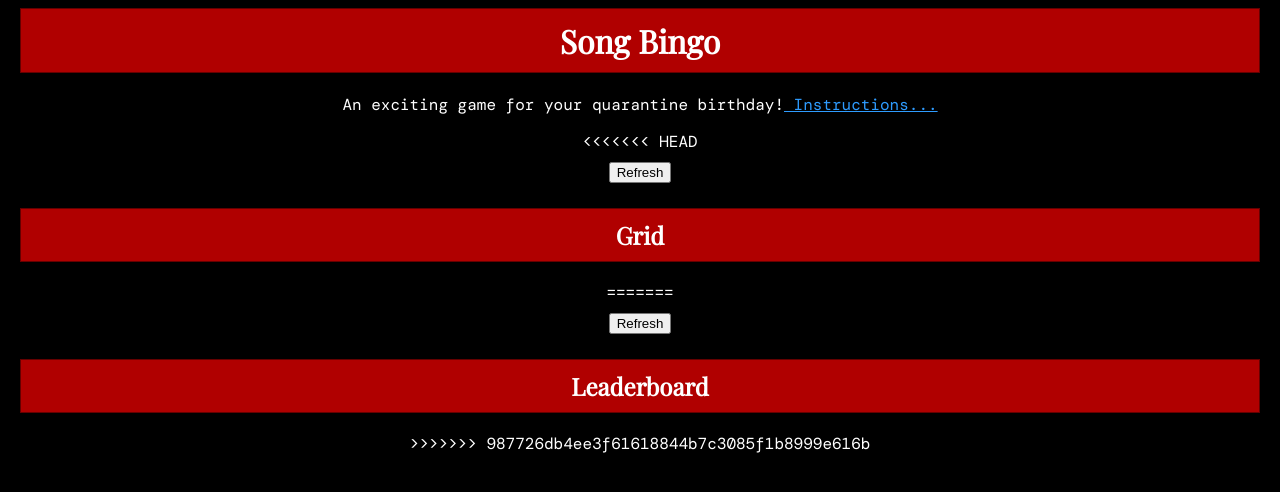
Repository: salsal97/birthday-bingo
Page: bingo.html
These files come from the project's save history. The page is drawn as it stood at one moment and after the next save; the edit follows.
The browser window is 1280 px wide. The pictures show the whole page.

Above is the page before, as saved 2020-05-23 20:43:05.

After the next save:
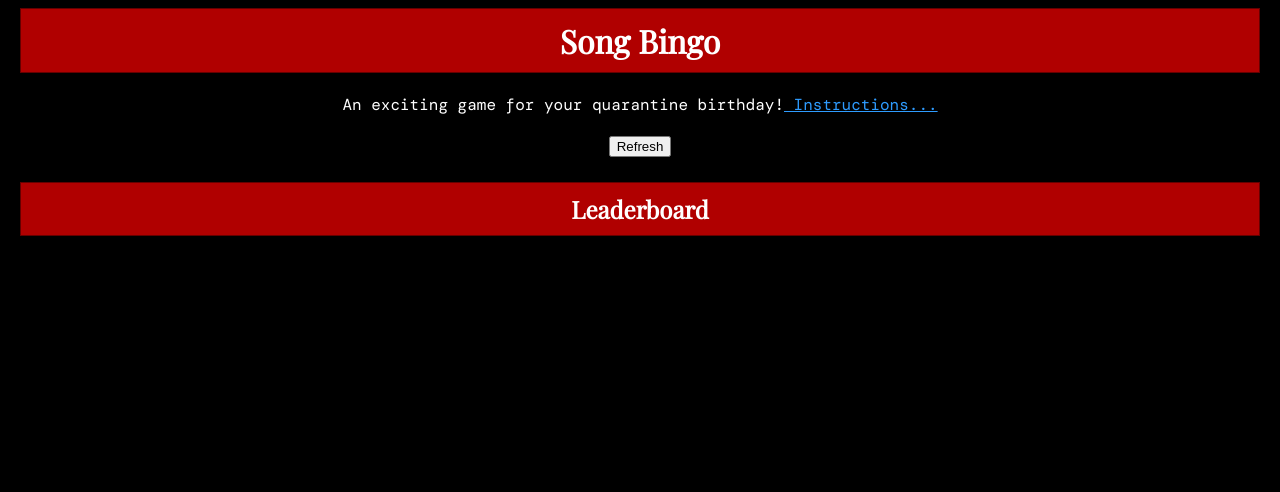
Saved 80 s later.
--- a/bingo.html
+++ b/bingo.html
@@ -99,7 +99,7 @@ Previous Author: Werner Stoop, 2012
 
                     // append object html
                     // html += '<td id="cell_' + x + '_' + y + '" ><label><input id="chk-cell_' + x + '_' + y + '" type="button" onclick="cellClicked(\'cell_' + x + '_' + y + "')\">" + obj.song + " - " + obj.artist + "<br>" + obj.quote + "</label></td>";
-					html += '<td>'+obj.song+ " - " + obj.artist + "<br>" + obj.quote +"<br>"+'<button class="listenBtn">Listen to Song!</button>'+'<button class="guessBtn">Guess!</button>'+'</td>';
+					html += '<td>'+obj.song+ " - " + obj.artist + "<br>" + obj.quote +"<br>"+'<button class="listenBtn">Listen to Song!</button>'+"<br>"+'<button class="guessBtn">Guess!</button>'+'</td>';
                 }
                 html += "</tr>"
             }
@@ -218,27 +218,6 @@ You do not have JavaScript enabled. JavaScript must be enabled for this applicat
 </div>
 </noscript>
 
-<<<<<<< HEAD
-<div id="instructions">
-<h2>Instructions</h2>
-<ol>
-	<noscript><li>Enable JavaScript</li></noscript>
-	<li>Click <strong>Refresh</strong> to create your Bingo board.</li>
-	<li>In the boxes you see the name of a song, its artist, and a quote from the song that someone chose for you </li>
-	<li>Click on the button in the box to guess who chose this song!  </li>
-	<li>If your guess is right, the box will change color and display the name of the person (:  </li>
-	<li>If your guess is wrong, the box will show you your incorrect guess to help you narrow your search  </li>
-	<li>HINT: The main page of this website should be populated with the people who participated! I restricted this to first names to make it easy  </li>
-</ol>
-</div>
-<form>
-<input type="button" value="Refresh" onClick="generate();"/>
-</form>
-<h2>Grid</h2>
-<div id="grid"></div>
-</body>
-</html>
-=======
     <div id="instructions">
         <h2>Instructions</h2>
         <ol>
@@ -260,4 +239,3 @@ You do not have JavaScript enabled. JavaScript must be enabled for this applicat
 </body>
 
 </html>
->>>>>>> 987726db4ee3f61618844b7c3085f1b8999e616b
